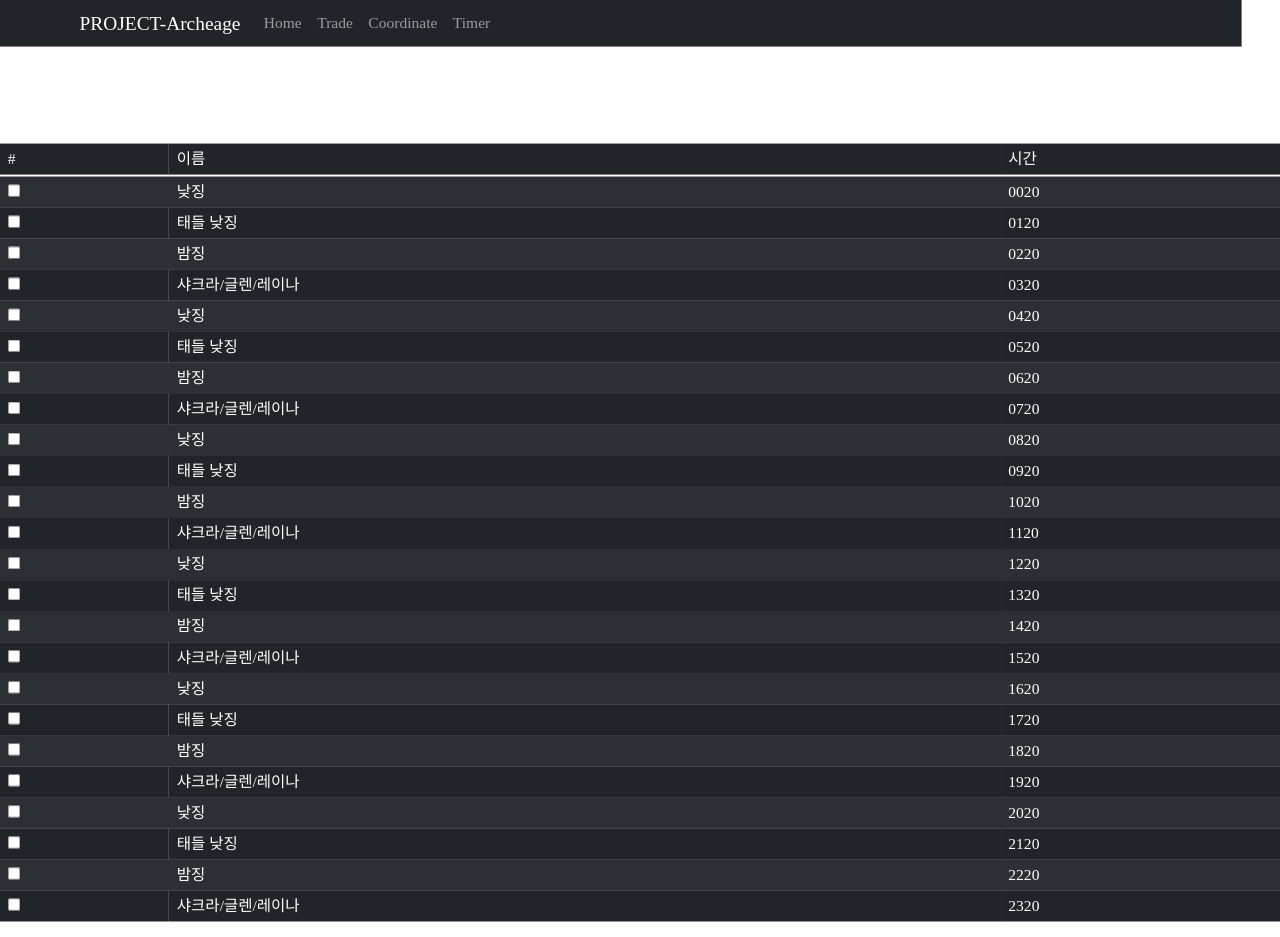
Repository: minsang98/project-archeage
Page: /timer
The author's editor kept a copy of each file at every save. The page is drawn from the files as they stood at one save, then again after the next save.
The browser window is 1280 px wide. The page is 1320 px wide, so the pictures cover 1320 px, including what lies to the right of the window. The pictures show the whole page, at 97% of full size.
The project was rebuilt for these pictures with package versions that can differ from the ones it lists, and the page was loaded fresh each time. Imported but missing from the stored project, and not drawn on this page: src/components/Timer/lol.mp3.

Above is the page before, as saved 2022-01-12 20:52:46.

### src/components/Navigation.js
import React from 'react';
import { Navbar, Container, Nav } from 'react-bootstrap';
import { Link } from 'react-router-dom';

const Navigation = () => {
  return (
    /* NAVIGATION COMPONENT */
    <Navbar bg="dark" variant="dark">
      <Container>
        <Navbar.Brand href="#home">PROJECT-Archeage</Navbar.Brand>
        <Nav className="me-auto">
          <Nav.Link to="/" as={Link}>
            Home
          </Nav.Link>
          <Nav.Link to="/trade" as={Link}>
            Trade
          </Nav.Link>
          <Nav.Link to="/coordinate" as={Link}>
            Coordinate
          </Nav.Link>
          <Nav.Link to="/timer" as={Link}>
            Timer
          </Nav.Link>
        </Nav>
      </Container>
    </Navbar>
  );
};

export default Navigation;

### src/components/Loading.js
import React from 'react';
import { Spinner } from 'react-bootstrap';

const Loading = () => {
  return (
    /* LOADING COMPONENT */
    <Spinner animation="border" role="status">
      <span className="visually-hidden">Loading...</span>
    </Spinner>
  );
};

export default Loading;

### src/container/TimerContainer.js
import React from 'react';
import styled from 'styled-components';

import Timer from '../components/Timer/Timer';

const Container = styled.div`
  padding-top: 6.25rem;
  margin: auto;
  width: 1320px;
`;
const TimerContainer = () => {
  return (
    <Container>
      <Timer />
    </Container>
  );
};

export default TimerContainer;

### src/components/Timer/Timer.js
import React from 'react';
import styled from 'styled-components';

import sound from './lol.mp3';
import schedule from './schedule.js';

import { Table } from 'react-bootstrap';

function raidFunc(name) {
  return schedule
    .filter((v) => v.name === name)[0]
    .time.map((v) => {
      return { name: name, time: v };
    });
}
const Container = styled.div`
  display: flex;
  justify-content: center;
`;
const Timer = () => {
  const audio = new Audio(sound);
  // audio.play();
  const cr = raidFunc('낮징');
  const gr = raidFunc('밤징');
  const raid = raidFunc('샤크라/글렌/레이나');
  const riftRaid = [...cr, ...gr, ...raid];
  riftRaid.sort((a, b) => a.time - b.time);

  const timeNow = new Date();
  console.log(`${timeNow.getHours()}${timeNow.getMinutes()}`);
  return (
    <Container>
      <Table striped bordered hover variant="dark">
        <thead>
          <tr>
            <th>#</th>
            <th>이름</th>
            <th>시간</th>
          </tr>
        </thead>
        <tbody>
          {riftRaid.map((v, i) => (
            <tr key={i}>
              <td>
                <input type="checkbox" />
              </td>
              <td>
                {['0120', '0520', '0920', '1320', '1720', '2120'].includes(
                  v.time,
                )
                  ? '태들 낮징'
                  : v.name}
              </td>
              <td>{v.time}</td>
            </tr>
          ))}
        </tbody>
      </Table>
    </Container>
  );
};

export default Timer;

### src/components/Timer/schedule.js
/* eslint-disable import/no-anonymous-default-export */
export default [
  {
    id: 0,
    name: '낮징',
    location: ['이니스테르', '십자별 평원', '태양의 들녘'],
    compensation: [],
    time: [
      '0020',
      '0120',
      '0420',
      '0520',
      '0820',
      '0920',
      '1220',
      '1320',
      '1620',
      '1720',
      '2020',
      '2120',
    ],
  },
  {
    id: 1,
    name: '밤징',
    location: ['이니스테르', '십자별 평원'],
    compensation: [],
    time: ['0220', '0620', '1020', '1420', '1820', '2220'],
  },
  {
    id: 2,
    name: '샤크라/글렌/레이나',
    location: ['심연의 입구', '태양의 들녘'],
    compensation: [],
    time: ['0320', '0720', '1120', '1520', '1920', '2320'],
  },
  {
    id: 3,
    name: '황금 평원',
    location: ['인스턴스 / 세력전'],
    compensation: [],
    time: ['0130', '1430', '2030'],
  },
  {
    id: 4,
    name: '붉은 용',
    location: ['인스턴스 / 공격대'],
    compensation: [],
    time: ['0200', '1515', '2115'],
  },
  {
    id: 5,
    name: '카둠',
    location: ['인스턴스 / 공격대'],
    compensation: [],
    time: ['0200', '1515', '2115'],
  },
];

Loaded but not shown: public/index.html (common file); src/index.js (common file); src/index.css (common file); src/App.js (common file); src/reportWebVitals.js (common file); src/App.css (common file)

After the next save:
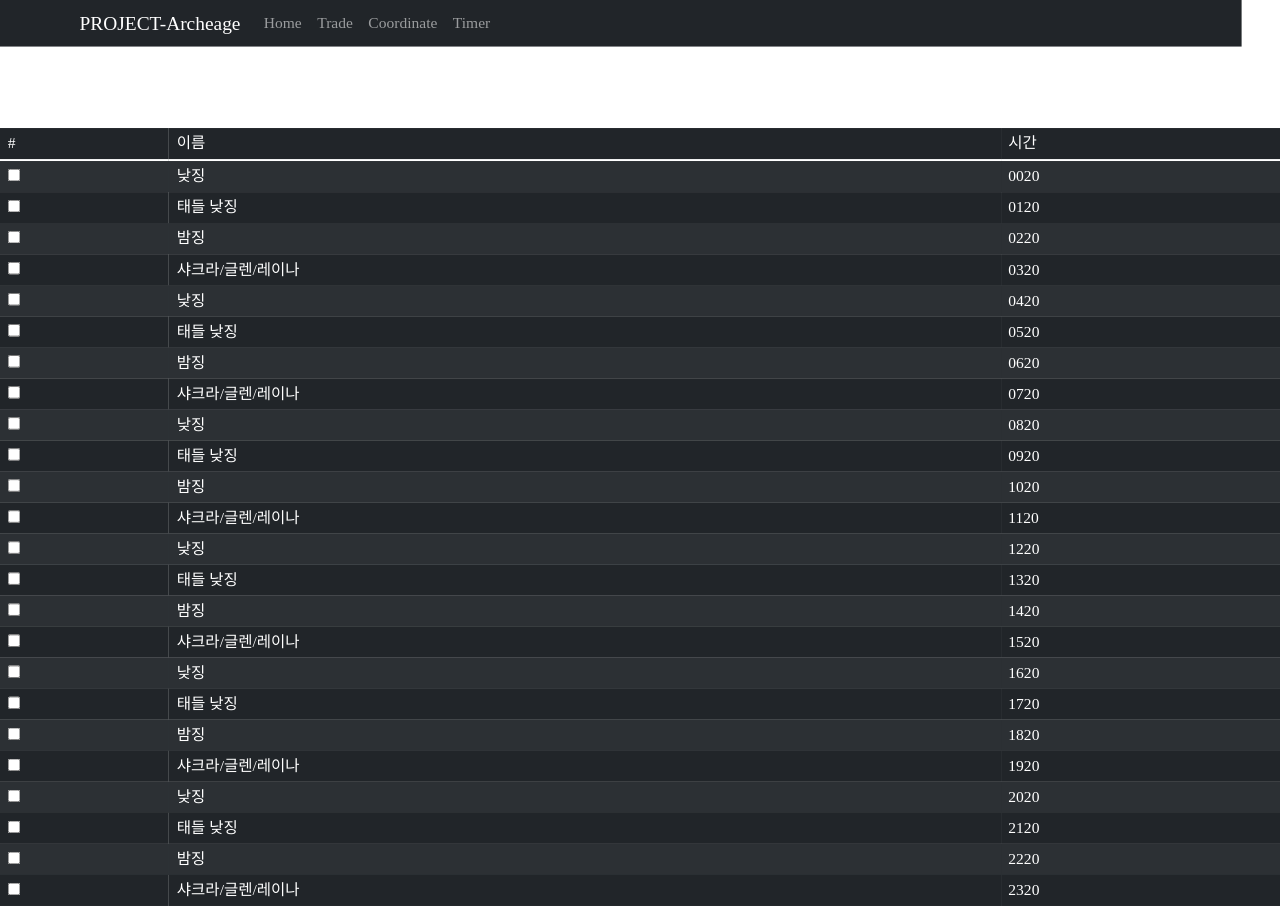
Saved 5 s later.
--- a/src/container/TimerContainer.js
+++ b/src/container/TimerContainer.js
@@ -4,7 +4,7 @@ import styled from 'styled-components';
 import Timer from '../components/Timer/Timer';
 
 const Container = styled.div`
-  padding-top: 6.25rem;
+  padding-top: 5.25rem;
   margin: auto;
   width: 1320px;
 `;
